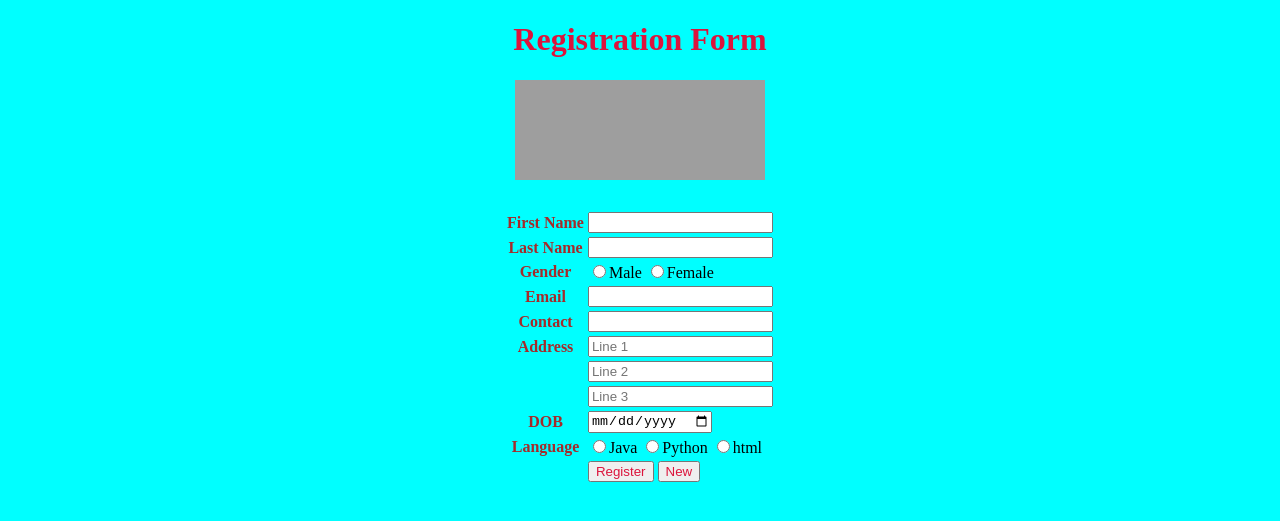
Repository: raviraj226/AdvanceJava
Page: http://localhost/Ravi_Maven/RegistrationForm.jsp
An editor plug-in stored every save of this project. The page is shown before and after the next save, followed by the edit.
The browser window is 1280 px wide. The pictures show the whole page.
Pictures or frames that could not be fetched are drawn as grey boxes. The page is served by Tomcat 9.

Above is the page before, as saved 2022-03-11 11:04:00.

After the next save:
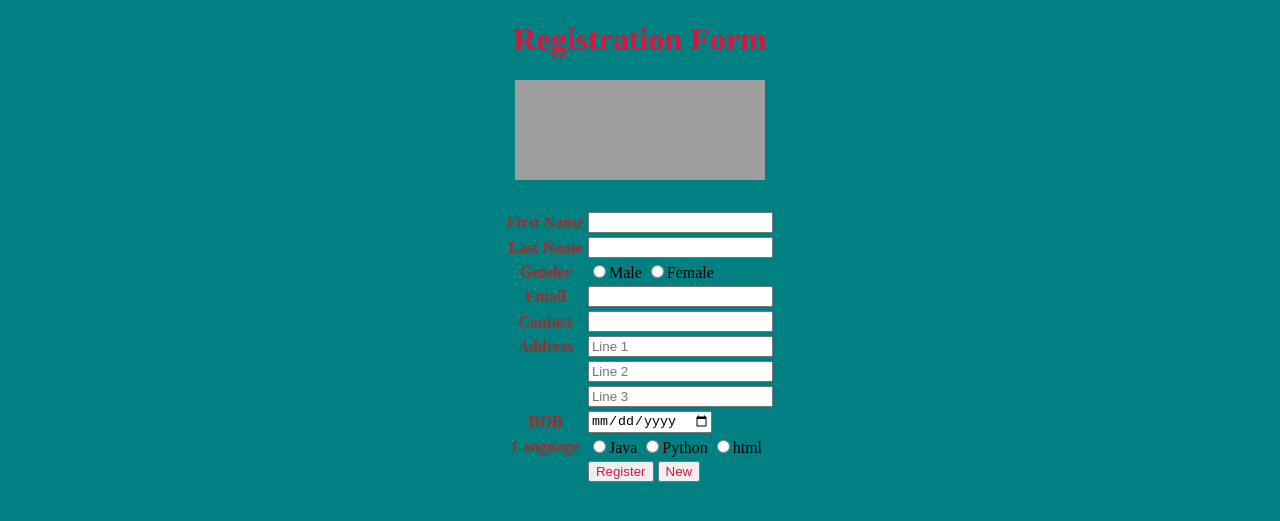
Saved 12 s later.
--- a/Advance Java/Ravi_Maven/src/main/webapp/RegistrationForm.jsp
+++ b/Advance Java/Ravi_Maven/src/main/webapp/RegistrationForm.jsp
@@ -6,7 +6,7 @@
 <meta charset="ISO-8859-1">
 <title>Insert title here</title>
 </head>
-<body bgcolor="cyan">
+<body bgcolor="teal">
 <h1 align="center" style="color:crimson;">Registration Form</h1>
     <h1 align="center"><img src="D:\Learning Java\UI\download.png" width="250px" height="100px"></h1>
     <form>
